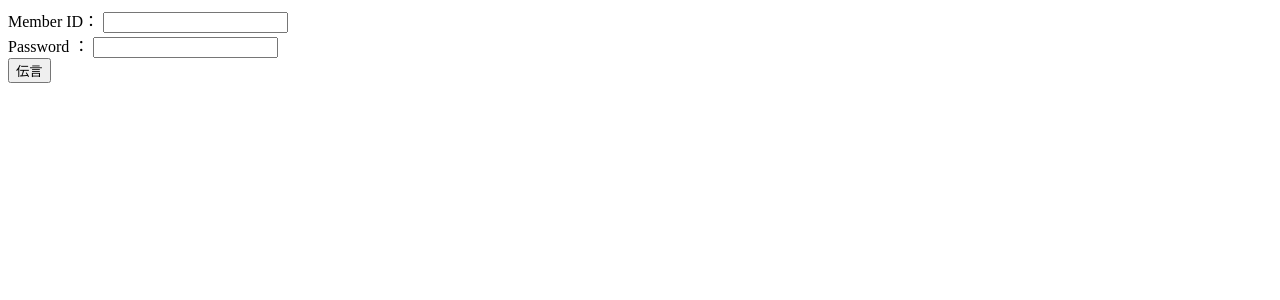
Repository: aiueo20/18ca0155
Page: SSP/kadai0302/WebContent/index.html
The author's editor kept a copy of each file at every save. The page is drawn from the files as they stood at one save, then again after the next save.
The browser window is 1280 px wide. The pictures show the whole page.

Above is the page before, as saved 2018-12-03 03:15:10.

After the next save:
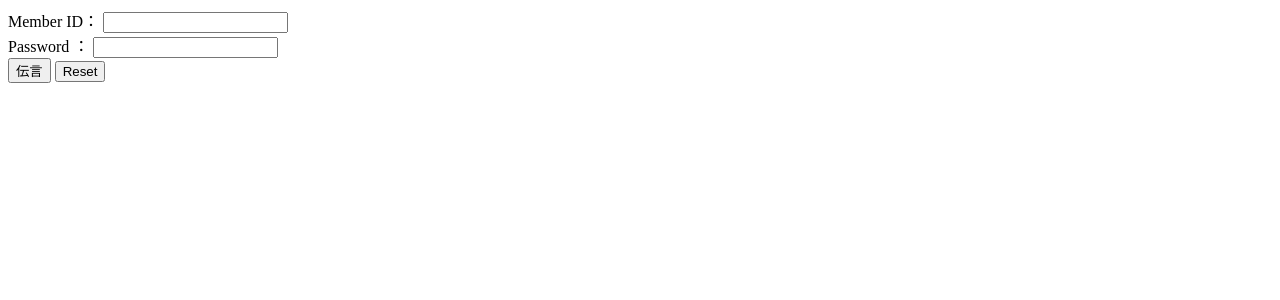
Saved 10 s later.
--- a/SSP/kadai0302/WebContent/index.html
+++ b/SSP/kadai0302/WebContent/index.html
@@ -9,7 +9,7 @@
 	Member ID： <input type="text"  name = "id"><br>
 	Password ： <input type="password"  name="pw"><br>
 	<input type="submit" value="伝言">
-
+	<input type="reset"
 
 	</form>
 </body>
